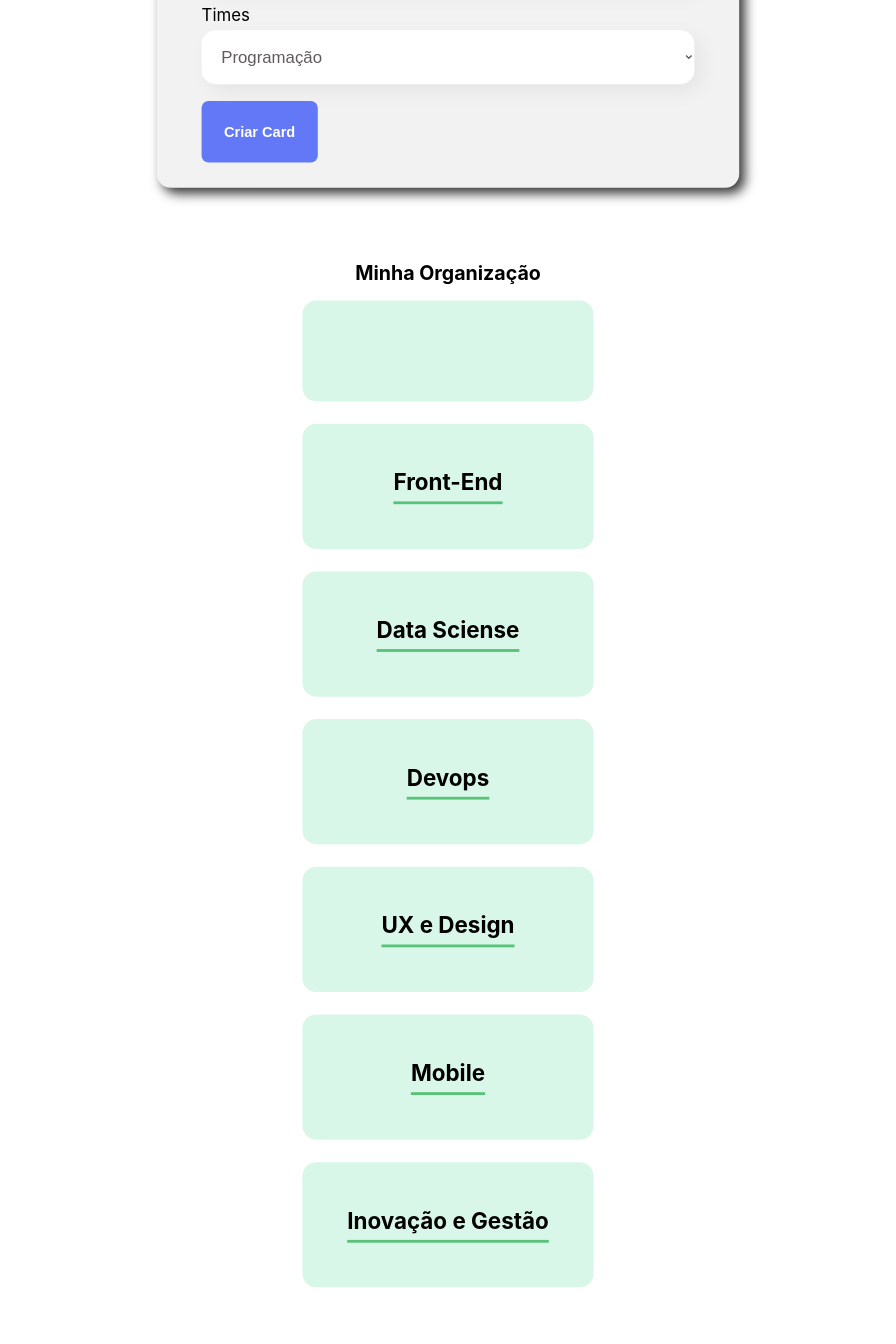
Repository: guilhermecardoso93/organo
Page: /
The author's editor kept a copy of each file at every save. The page is drawn from the files as they stood at one save, then again after the next save.
The browser window is 1280 px wide. The pictures show the part of the page from y = 1135 to 3055 px (the page is 3055 px tall), at 70% of full size.
The project was rebuilt for these pictures with package versions that can differ from the ones it lists, and the page was loaded fresh each time.

Above is the page before, as saved 2024-05-26 19:38:30.

### src/App.js
import { useState } from "react";
import { Banner } from "./components/Banner";
import { Form } from "./components/Form";
import { Times } from "./components/Times";

export default function App(handleChangeColaboradores) {
  const [colaboradores, setColaboradores] = useState([]);

  function handleNewColaboradores(colaborador) {
    setColaboradores([...colaboradores], colaborador);
    console.log(setColaboradores);
  }

  return (
    <div className="app">
      <Banner />
      <Form
        handleChangeColaboradores={(colaborador) =>
          handleNewColaboradores(colaborador)
        }
      />
      <Times />
    </div>
  );
}

### src/components/Banner/index.js
import BannerBackground from "../../assets/imagens/banner.png";
import "./styles.css";

export function Banner() {
  return (
    <header className="background-banner">
      <img src={BannerBackground} alt="Banner Principal da Página da Orgona" />;
    </header>
  );
}

### src/components/Form/index.js
import { useState } from "react";

import { Button } from "../Button";
import { Input } from "../Input";
import { ListDropDown } from "../ListDropDown";

import "./styles.css";

export function Form(props) {
  const times = [
    "Programação",
    "Front-End",
    "Data Science",
    "Devops",
    "UX e Design",
    "Mobile",
    " Inovação e Gestão",
  ];

  const [name, setName] = useState("");
  const [cargo, setCargo] = useState("");
  const [imagem, setImagem] = useState("");
  const [teams, setTeams] = useState([]);

  function handleSubmit(event) {
    event.preventDefault();
    props.handleChangeColaboradores({ name, cargo, imagem, teams });
  }
  return (
    <section className="form">
      <form onSubmit={handleSubmit}>
        <h2>Preencha os dados para criar o card do colaborador</h2>
        <Input
          label="Nome"
          obrigatorio
          placeholder="Digite seu nome..."
          value={name}
          valueChange={(value) => setName(value)}
        />
        <Input
          label="Cargo"
          obrigatorio
          placeholder="Digite seu cargo..."
          value={cargo}
          valueChange={(value) => setCargo(value)}
        />
        <Input
          label="Imagem"
          obrigatorio
          placeholder="Digite seu nome"
          value={imagem}
          valueChange={(value) => setImagem(value)}
        />
        <ListDropDown
          itens={times}
          label="Times"
          value={teams}
          valueChange={(value) => setTeams(value)}
        />
        <Button> Criar Card</Button>
      </form>
    </section>
  );
}

### src/components/Times/index.js
import Imagem from "../../assets/imagens/logo.png";

import { Time } from "./components/Time";

import "./styles.css";
export function Times(props) {
  const times = [
    {
      nome: "Programação",
      corPrimaria: "#57C278",
      corSecundaria: "#D9F7E9",
    },
    {
      name: "Front-End",
      corPrimaria: "#82CFFA",
      corSecundaria: "#E8F8FF",
    },
    {
      name: "Data Sciense",
      corPrimaria: "#A6D157",
      corSecundaria: "#F0F8E2",
    },
    {
      name: "Devops",
      corPrimaria: "#E06B69",
      corSecundaria: "#FDE7E8",
    },
    {
      name: "UX e Design",
      corPrimaria: "#D86EBF",
      corSecundaria: "#FAE5F5",
    },
    {
      name: "Mobile",
      corPrimaria: "#FEBA05",
      corSecundaria: "#FFF5D9",
    },
    {
      name: "Inovação e Gestão",
      corPrimaria: "#FF8A29",
      corSecundaria: "#FFEEDF",
    },
  ];
  return (
    <div className="times-container-main">
      <div>
        <h2>Minha Organização</h2>
      </div>
      <div className="times-container-list">
        {times.map((time, index) => (
          <Time name={time.name} key={index} />
        ))}
      </div>
    </div>
  );
}

### src/components/Banner/styles.css
.background-banner {
  background-color: #6278f7;
  text-align: center;
  padding-bottom: 1rem;
}

.background-banner img {
  max-width: 100%;
}

### src/components/Button/index.js
import "./styles.css";

export function Button(props) {
  return <button>{props.children}</button>;
}

### src/components/Input/index.js
import "./styles.css";

export function Input({ label, placeholder, obrigatorio, value, valueChange }) {
  function handleTap(event) {
    valueChange(event.target.value);
  }

  return (
    <div className="campo-texto">
      <label>{label}</label>
      <input
        placeholder={placeholder}
        required={obrigatorio}
        onChange={handleTap}
        value={value}
      />
    </div>
  );
}

### src/components/ListDropDown/index.js
import "./styles.css";

export function ListDropDown({ label, itens, value, valueChange, required }) {
  return (
    <div className="list-dropdown">
      <label>{label}</label>
      <select
        required={required}
        value={value}
        onChange={(event) => valueChange(event.target.value)}
      >
        {itens.map((item, index) => {
          return <option key={index}>{item}</option>;
        })}
      </select>
    </div>
  );
}

### src/components/Form/styles.css
.form {
  display: flex;
  justify-content: center;
  margin: 80px 0;
}

.form form {
  max-width: 80%;
  background-color: #f2f2f2;
  border-radius: 20px;
  padding: 36px 64px;
  box-shadow: 8px 8px 16px rgba(0,0,0, 0.8);
}

h2 {
  font-size: 1.75rem;
}

### src/components/Times/components/Time/index.js
import './styles.css';

export function Time(props) {
  return (
    <section className="time-container">
      <h3>{props.name}</h3>
    </section>
  );
}

### src/components/Times/styles.css
.times-container-main {
  display: flex;
  flex-direction: column;
  justify-content: center;
  align-items: center;
  margin: 80px 0;
  overflow: hidden;
}

.times-container-list {
  display: flex;
  flex-direction: column;
  align-items: center;
  justify-content: center;
  gap: 2rem;
}

### src/components/Button/styles.css
button {
  background-color: #6278f7;
  color: white;
  border: none;
  border-radius: 10px;
  font-size: 1.3rem;
  font-weight: bold;
  padding: 32px;
  cursor: pointer;
}

button:hover {
  background-color: white;
  color: #6278f7;
  border: 4px solid #6278f7;
  padding: 28px;
}

### src/components/Input/styles.css
.campo-texto {
  display: flex;
  flex-direction: column;
  margin: 24px 0;
}

.campo-texto label {
  display: block;
  margin-bottom: 8px;
  font-size: 24px;
  font-weight: semi-bold;
}

.campo-texto input {
  background-color: #fff;
  box-shadow: 10px 10px 30px rgba(0, 0, 0, 0.06);
  width: 100%;
  border: none;
  font-size: 24px;
  padding: 24px;
  box-sizing: border-box;
  border-radius: 20px;
}

### src/components/ListDropDown/styles.css
.list-dropdown {
  display: flex;
  flex-direction: column;
  margin: 24px 0;
}

.list-dropdown label {
  display: block;
  margin-bottom: 8px;
  font-size: 24px;
  font-weight: semi-bold;
}

.list-dropdown select {
  background-color: #fff;
  box-shadow: 10px 10px 30px rgba(0, 0, 0, 0.06);
  width: 100%;
  border: none;
  font-size: 24px;
  padding: 24px;
  box-sizing: border-box;
  border-radius: 20px;
  color: #615c5c;
}

### src/components/Times/components/Time/styles.css
.time-container {
  text-align: center;
  padding: 32px;
  background-color: #d9f7e9;
  border-radius: 20px;
  width: 100%;
}

.time-container h3 {
  font-size: 2rem;
  border-bottom: 4px solid #57c278;
  display: inline-block;
  padding-bottom: 8px;
}

Loaded but not shown: public/index.html (common file); src/index.js (common file); src/index.css (common file)

After the next save:
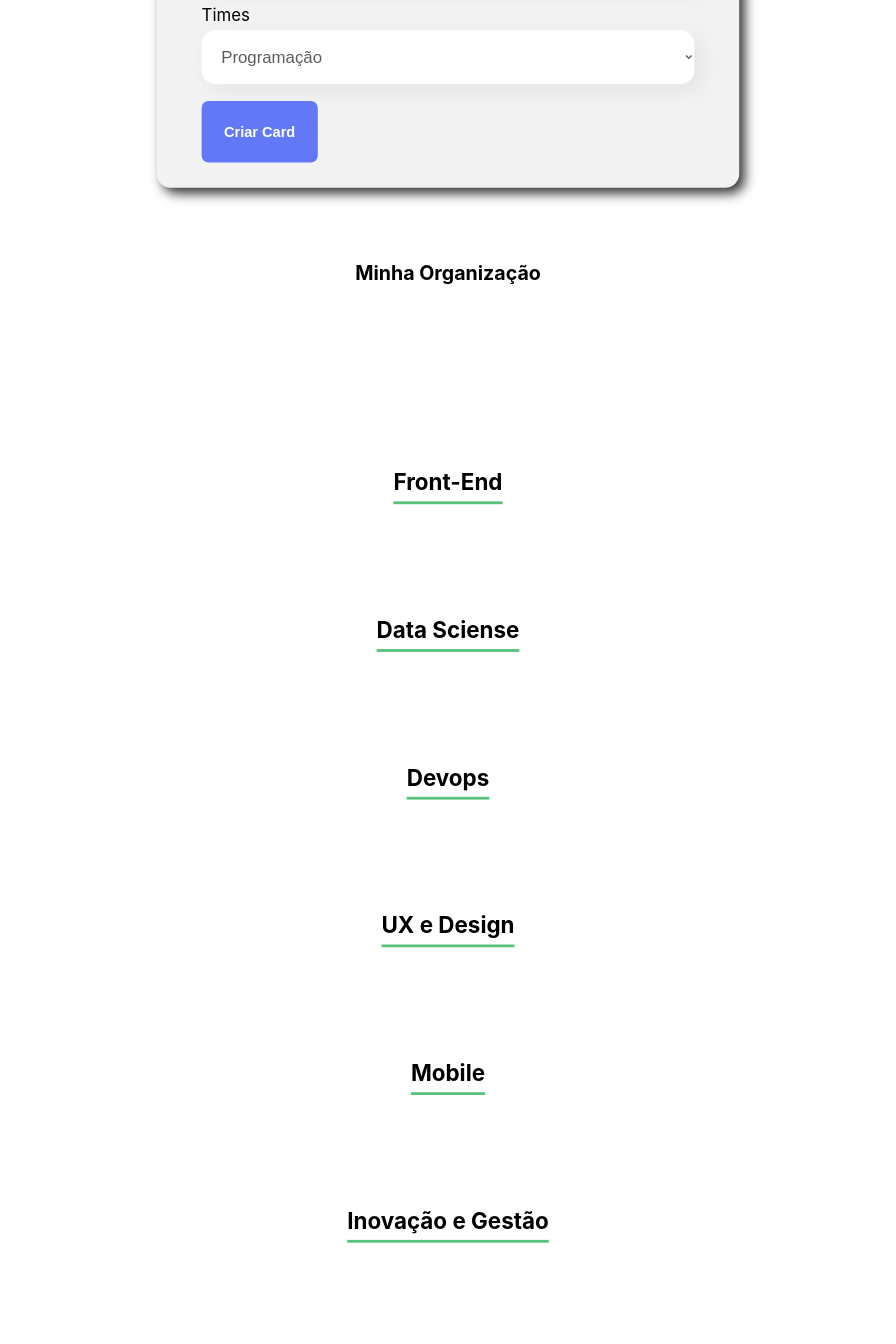
Saved 4 min 34 s later.
--- a/src/components/Times/components/Time/styles.css
+++ b/src/components/Times/components/Time/styles.css
@@ -1,7 +1,6 @@
 .time-container {
   text-align: center;
   padding: 32px;
-  background-color: #d9f7e9;
   border-radius: 20px;
   width: 100%;
 }
